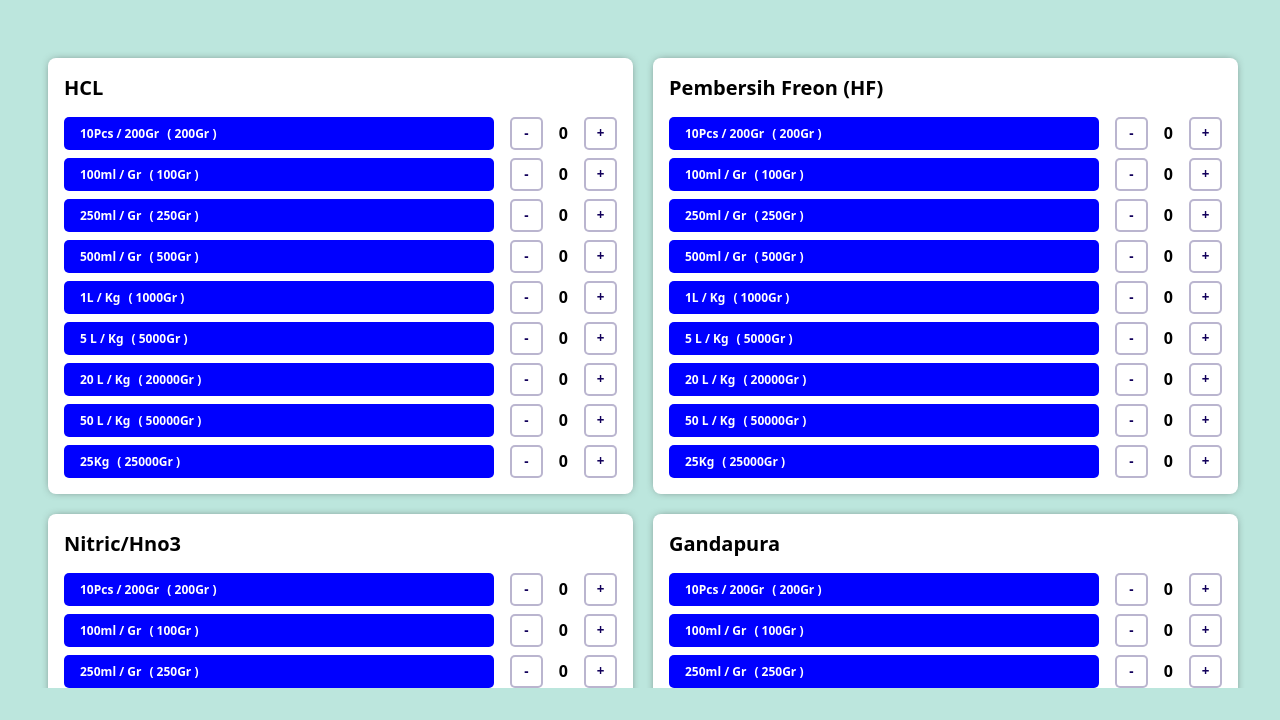
Repository: zuraniumlab-design/upstock-amsk
Page: /
These files come from the project's save history. The page is drawn as it stood at one moment and after the next save; the edit follows.
The browser window is 1280 px wide. The pictures show the whole page.
An inner scrolling area shows only its first screen. The project was rebuilt for these pictures with package versions that can differ from the ones it lists, and the page was loaded fresh each time. Also part of the build but not shown: vite.config.js.

Above is the page before, as saved 2026-06-18 17:09:25.

After the next save:
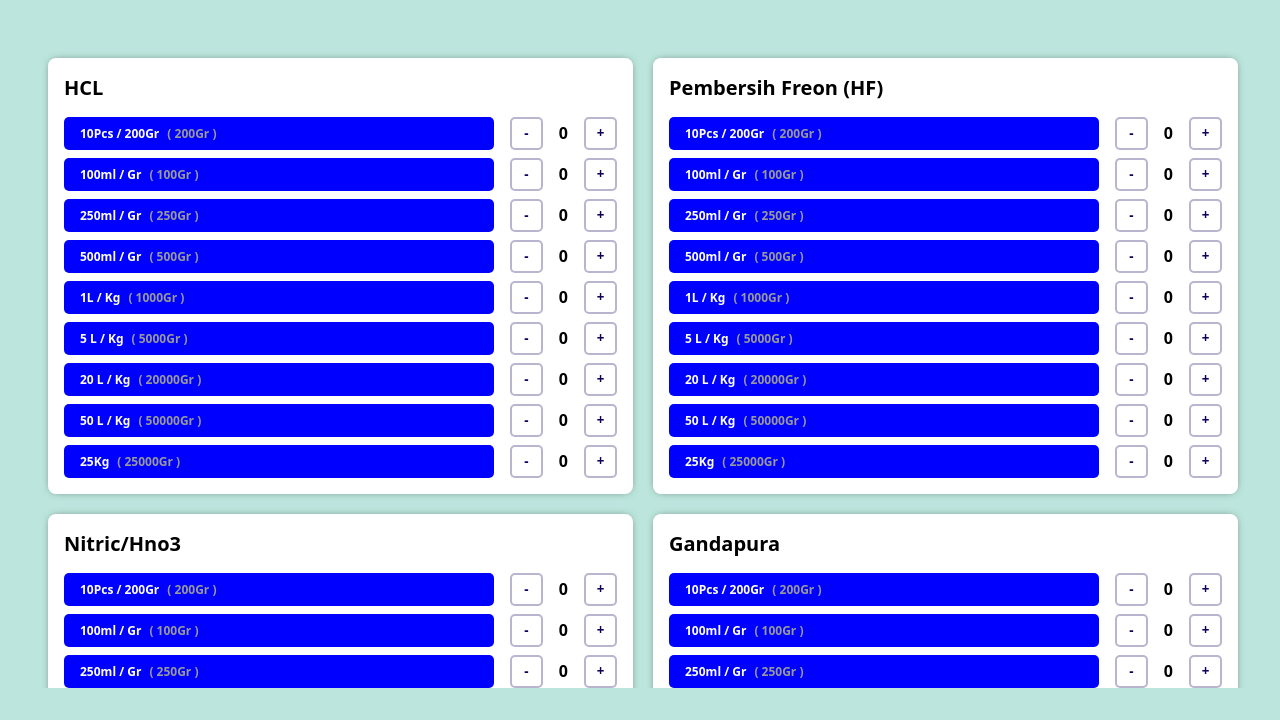
Saved 11 s later.
--- a/src/App.module.css
+++ b/src/App.module.css
@@ -74,7 +74,7 @@
 }
 .display span {
   margin-left: 0.5rem;
-
+  color: #999;
 }
 
 .stock {
